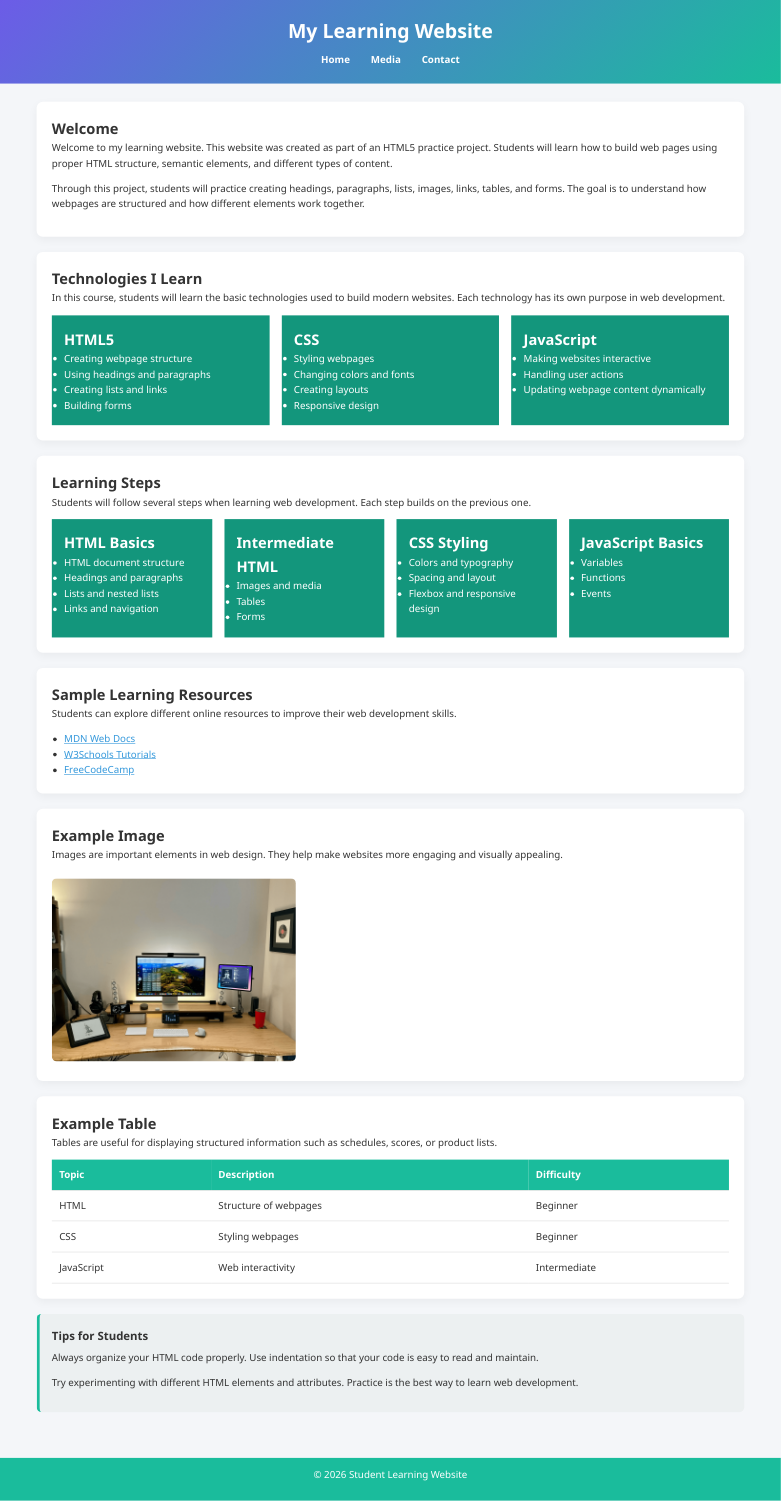
Repository: Than-sothearak/web_client_programing
Page: Week_03/index.html
These files come from the project's save history. The page is drawn as it stood at one moment and after the next save; the edit follows.
The browser window is 1280 px wide. The pictures show the whole page, at 61% of full size.

Above is the page before, as saved 2026-03-24 21:31:12.

### Week_03/index.html
<!doctype html>
<html lang="en">
  <head>
    <meta charset="UTF-8" />
    <meta name="viewport" content="width=device-width, initial-scale=1.0" />
    <title>My Learning Website</title>
    <link rel="stylesheet" href="styles.css" />
  </head>

  <body>
    <header>
      <h1>My Learning Website</h1>

      <nav>
        <ul>
          <li><a href="index.html">Home</a></li>
          <li><a href="gallery.html">Media</a></li>
          <li><a href="contact.html">Contact</a></li>
        </ul>
      </nav>
    </header>

    <main>
      <section>
        <article>
          <h2>Welcome</h2>

          <p>
            Welcome to my learning website. This website was created as part of
            an HTML5 practice project. Students will learn how to build web
            pages using proper HTML structure, semantic elements, and different
            types of content.
          </p>

          <p>
            Through this project, students will practice creating headings,
            paragraphs, lists, images, links, tables, and forms. The goal is to
            understand how webpages are structured and how different elements
            work together.
          </p>
        </article>
      </section>

      <section>
        <h2>Technologies I Learn</h2>

        <p>
          In this course, students will learn the basic technologies used to
          build modern websites. Each technology has its own purpose in web
          development.
        </p>

        <ul class="card-container">
          <li class="card">
            <h2>HTML5</h2>
            <ul>
              <li>Creating webpage structure</li>
              <li>Using headings and paragraphs</li>
              <li>Creating lists and links</li>
              <li>Building forms</li>
            </ul>
          </li>

          <li class="card">
            <h2>CSS</h2>
            <ul>
              <li>Styling webpages</li>
              <li>Changing colors and fonts</li>
              <li>Creating layouts</li>
              <li>Responsive design</li>
            </ul>
          </li>

          <li class="card">
            <h2>JavaScript</h2>
            <ul>
              <li>Making websites interactive</li>
              <li>Handling user actions</li>
              <li>Updating webpage content dynamically</li>
            </ul>
          </li>
        </ul>
      </section>

      <section>
        <h2>Learning Steps</h2>

        <p>
          Students will follow several steps when learning web development. Each
          step builds on the previous one.
        </p>

        <ol class="card-container">
          <li class="card">
            <h2>HTML Basics</h2>
            <ul>
              <li>HTML document structure</li>
              <li>Headings and paragraphs</li>
              <li>Lists and nested lists</li>
              <li>Links and navigation</li>
            </ul>
          </li>

          <li class="card">
           <h2>Intermediate HTML</h2>
            <ul>
              <li>Images and media</li>
              <li>Tables</li>
              <li>Forms</li>
            </ul>
          </li>

          <li class="card">
            <h2>CSS Styling</h2>
            <ul>
              <li>Colors and typography</li>
              <li>Spacing and layout</li>
              <li>Flexbox and responsive design</li>
            </ul>
          </li>

          <li class="card">
            <h2>JavaScript Basics</h2>
            <ul>
              <li>Variables</li>
              <li>Functions</li>
              <li>Events</li>
            </ul>
          </li>
        </ol>
      </section>

      <section>
        <h2>Sample Learning Resources</h2>

        <p>
          Students can explore different online resources to improve their web
          development skills.
        </p>

        <ul>
          <li>
            <a href="https://developer.mozilla.org" target="_blank">
              MDN Web Docs
            </a>
          </li>

          <li>
            <a href="https://www.w3schools.com" target="_blank">
              W3Schools Tutorials
            </a>
          </li>

          <li>
            <a href="https://www.freecodecamp.org" target="_blank">
              FreeCodeCamp
            </a>
          </li>
        </ul>
      </section>

      <section>
        <h2>Example Image</h2>

        <p>
          Images are important elements in web design. They help make websites
          more engaging and visually appealing.
        </p>

        <img src="../images/computer.png" alt="Computer setup" width="400" />
      </section>

      <section>
        <h2>Example Table</h2>

        <p>
          Tables are useful for displaying structured information such as
          schedules, scores, or product lists.
        </p>

        <table>
          <tr>
            <th>Topic</th>
            <th>Description</th>
            <th>Difficulty</th>
          </tr>

          <tr>
            <td>HTML</td>
            <td>Structure of webpages</td>
            <td>Beginner</td>
          </tr>

          <tr>
            <td>CSS</td>
            <td>Styling webpages</td>
            <td>Beginner</td>
          </tr>

          <tr>
            <td>JavaScript</td>
            <td>Web interactivity</td>
            <td>Intermediate</td>
          </tr>
        </table>
      </section>

      <aside>
        <h3>Tips for Students</h3>

        <p>
          Always organize your HTML code properly. Use indentation so that your
          code is easy to read and maintain.
        </p>

        <p>
          Try experimenting with different HTML elements and attributes.
          Practice is the best way to learn web development.
        </p>
      </aside>
    </main>

    <footer>
      <p>© 2026 Student Learning Website</p>
    </footer>
  </body>
</html>

### Week_03/styles.css
/* Reset basic spacing */

/* Reset */

* {
  margin: 0;
  padding: 0;
  box-sizing: border-box;
}

/* Body */

body {
  font-family: "Segoe UI", Arial, sans-serif;
  background: #f4f6f9;
  color: #333;
  line-height: 1.6;
}

/* Header */

header {
  background: linear-gradient(135deg, #6c5ce7, #1abc9c);
  color: white;
  padding: 25px 20px;
  text-align: center;
}

/* Navigation */

nav ul {
  list-style: none;
  margin-top: 10px;
}

nav ul li {
  display: inline-block;
  margin: 0 15px;
}

nav a {
  color: white;
  text-decoration: none;
  font-weight: 600;
  transition: 0.3s;
}

nav a:hover {
  color: #1abc9c;
}

/* Main container */

main {
  max-width: 1200px;
  margin: auto;
  padding: 30px 20px;
}

/* Section cards */

section {
  background: white;
  padding: 25px;
  margin-bottom: 25px;
  border-radius: 10px;
  box-shadow: 0 5px 15px rgba(0, 0, 0, 0.05);
}

/* Headings */

h1 {
  font-size: 32px;
  margin-bottom: 10px;
}


h3 {
  margin-bottom: 10px;
}

/* Paragraph */

p {
  margin-bottom: 15px;
}

/* Lists */

.card-container {
  display: flex;
  gap: 20px;
  list-style: none;
}

.card-container li {
  margin-left: 0px;
}

.card {
  padding: 20px;
  color: white;
  width: 100%;
  background-color: #13967c;
}

li {
  margin-left: 20px;
  list-style:disc;
}



/* Links */

a {
  color: #3498db;
}

a:hover {
  text-decoration: underline;
}

/* Image styling */

img {
  max-width: 100%;
  height: auto;
  border-radius: 8px;
  margin-top: 10px;
}

/* Table */

table {
  width: 100%;
  border-collapse: collapse;
  margin-top: 10px;
}

th,
td {
  padding: 12px;
  text-align: left;
  border-bottom: 1px solid #ddd;
}

th {
  background: #1abc9c;
  color: white;
}

tr:hover {
  background: #f1f1f1;
}

/* Aside */

aside {
  background: #ecf0f1;
  padding: 20px;
  border-left: 5px solid #1abc9c;
  border-radius: 8px;
  margin-bottom: 25px;
}

/* Footer */

footer {
  text-align: center;
  background: #1abc9c;
  color: white;
  padding: 15px;
  margin-top: 20px;
}

/* Responsive Design */

@media (max-width: 768px) {
  nav ul li {
    display: block;
    margin: 10px 0;
  }

  main {
    padding: 20px 15px;
  }

  h1 {
    font-size: 26px;
  }
}

.images-gallery {
  width: 100%;
  display: flex;
  flex-wrap: wrap;
  gap: 20px;
}

.images-gallery figure {
  flex: 1 1 calc(50% - 20px);
}

.images-gallery img {
  width: 100%;
  height: auto;
}

figcaption {
  margin-top: 8px;
  font-size: 14px;
  color: #555;
}

@media (max-width: 768px) {
  .images-gallery {
    flex-direction: column;
    align-items: center;
  }


}

After the next save:
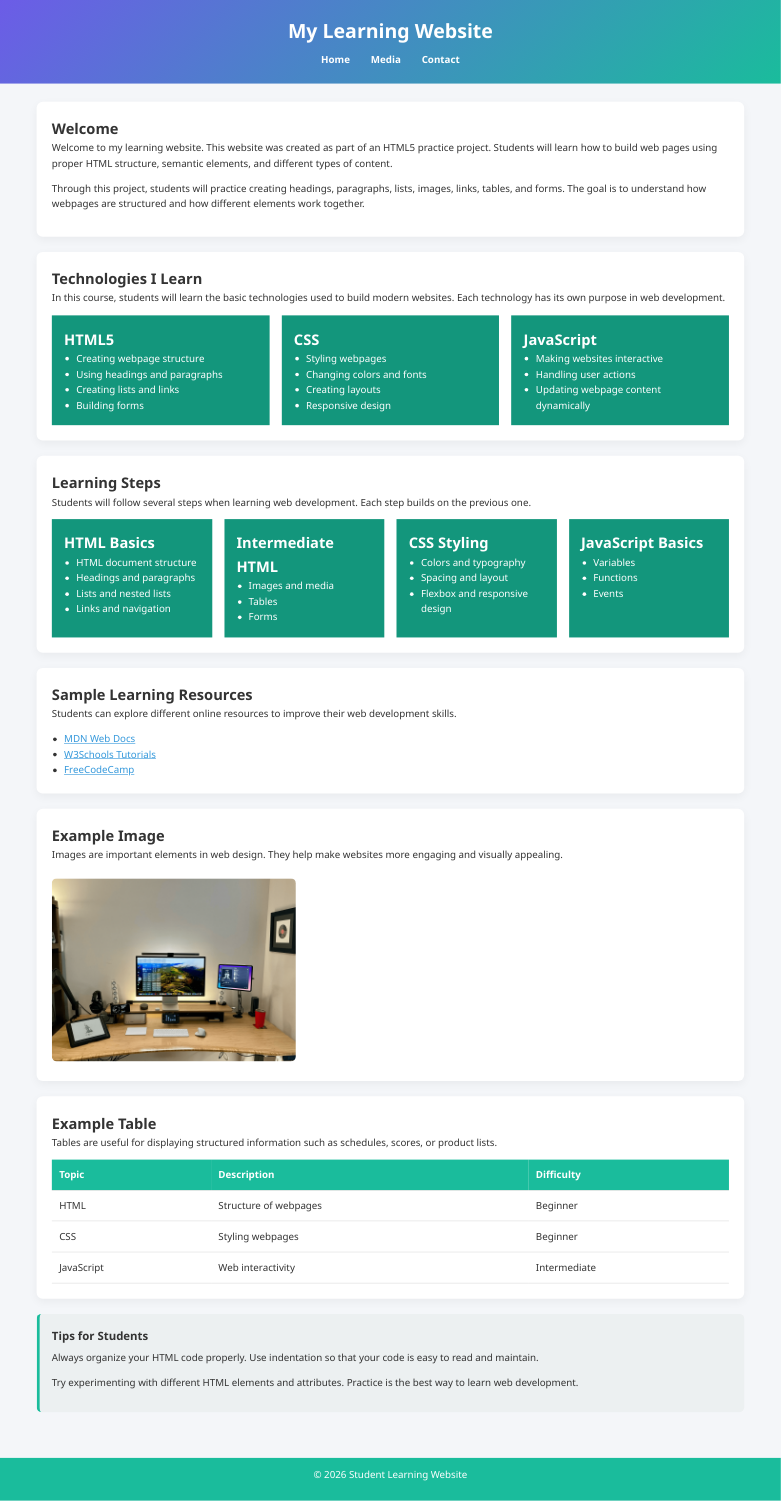
Saved 12 s later.
--- a/Week_03/styles.css
+++ b/Week_03/styles.css
@@ -103,6 +103,10 @@ p {
   width: 100%;
   background-color: #13967c;
 }
+.card li {
+    margin-left: 20px;
+
+}
 
 li {
   margin-left: 20px;
